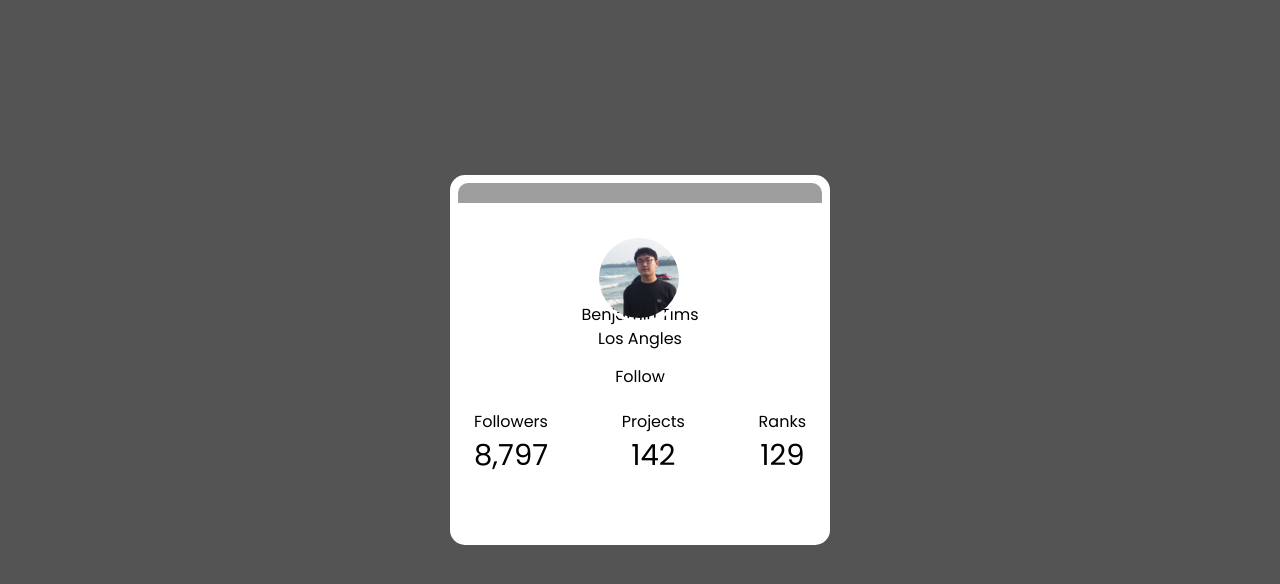
Repository: varotsk137/INT203_62130500080
Page: 62130500080_groupwork_2/myprofile.html
The author's editor kept a copy of each file at every save. The page is drawn from the files as they stood at one save, then again after the next save.
The browser window is 1280 px wide. The pictures show the whole page.
Pictures or frames that could not be fetched are drawn as grey boxes.

Above is the page before, as saved 2021-02-03 10:52:35.

### 62130500080_groupwork_2/myprofile.html
<!DOCTYPE html>
<html lang="en">

<head>
  <meta charset="UTF-8" />
  <meta name="viewport" content="width=device-width, initial-scale=1.0" />
  <title>Basic Vue Js - HelloWorld App</title>

  <!-- https://google.github.io/material-design-icons/#icon-font-for-the-web -->
  <!-- Using via Google Web Fonts -->
  <link href="https://fonts.googleapis.com/icon?family=Material+Icons" rel="stylesheet" />

  <!-- https://tailwindcss.com/docs/installation -->
  <!-- Using Tailwind via CDN -->
  <link href="https://unpkg.com/tailwindcss@^2/dist/tailwind.min.css" rel="stylesheet" />

  <!-- https://v3.vuejs.org/guide/installation.html#release-notes -->
  <!-- Vue CDN -->
  <script src="https://unpkg.com/vue@next"></script>

  <style>
    @import url("https://fonts.googleapis.com/css2?family=Poppins:weight@100;200;300;400;500;600;700;800&display=swap");

    body {
      background-color: #545454;
      font-family: "Poppins", sans-serif;
      font-weight: 300
    }

    .container {
      height: 100vh
    }

    .card {
      width: 380px;
      border: none;
      border-radius: 15px;
      padding: 8px;
      background-color: #fff;
      position: relative;
      height: 370px
    }

    .upper {
      height: 100px
    }

    .upper img {
      width: 100%;
      border-top-left-radius: 10px;
      border-top-right-radius: 10px
    }

    .user {
      position: relative
    }

    .profile img {
      height: 80px;
      width: 80px;
      margin-top: 2px
    }

    .profile {
      position: absolute;
      top: -50px;
      left: 38%;
      height: 90px;
      width: 90px;
      border: 3px solid #fff;
      border-radius: 50%
    }

    .follow {
      border-radius: 15px;
      padding-left: 20px;
      padding-right: 20px;
      height: 35px
    }

    .stats span {
      font-size: 29px
    }
  </style>
</head>

<body>
  <div id="app" class="container flex justify-center items-center">
    <div class="card">
      <div class="upper"> <img :src="bg" class="h-1/5"> </div>
      <div class="user text-center">
        <div class="profile"> <img :src="me" class="rounded-full" width="80"> </div>
      </div>
      <div class="mt-5 text-center">
        <h4 class="mb-0">Benjamin Tims</h4> <span class="text-muted block mb-2">Los Angles</span> <button
          class="btn btn-primary btn-sm follow">Follow</button>
        <div class="flex justify-between items-center mt-4 px-4">
          <div class="stats">
            <h6 class="mb-0">Followers</h6> <span>8,797</span>
          </div>
          <div class="stats">
            <h6 class="mb-0">Projects</h6> <span>142</span>
          </div>
          <div class="stats">
            <h6 class="mb-0">Ranks</h6> <span>129</span>
          </div>
        </div>
      </div>
    </div>
  </div>

  <!-- my main.js -->
  <script src="./profile.js"></script>
</body>

</html>

### 62130500080_groupwork_2/profile.js
const app = {
    data() {
        return {
                bg: "./images/bg.png"
            ,   me: "./images/me.jpg"

        }
    }
    ,created() {
        console.log("message is: "+this.msg)
    }
    , updated (){
        console.log("message change to: "+this.msg)
    }


}


var mountedApp = Vue.createApp(app).mount('#app');

After the next save:
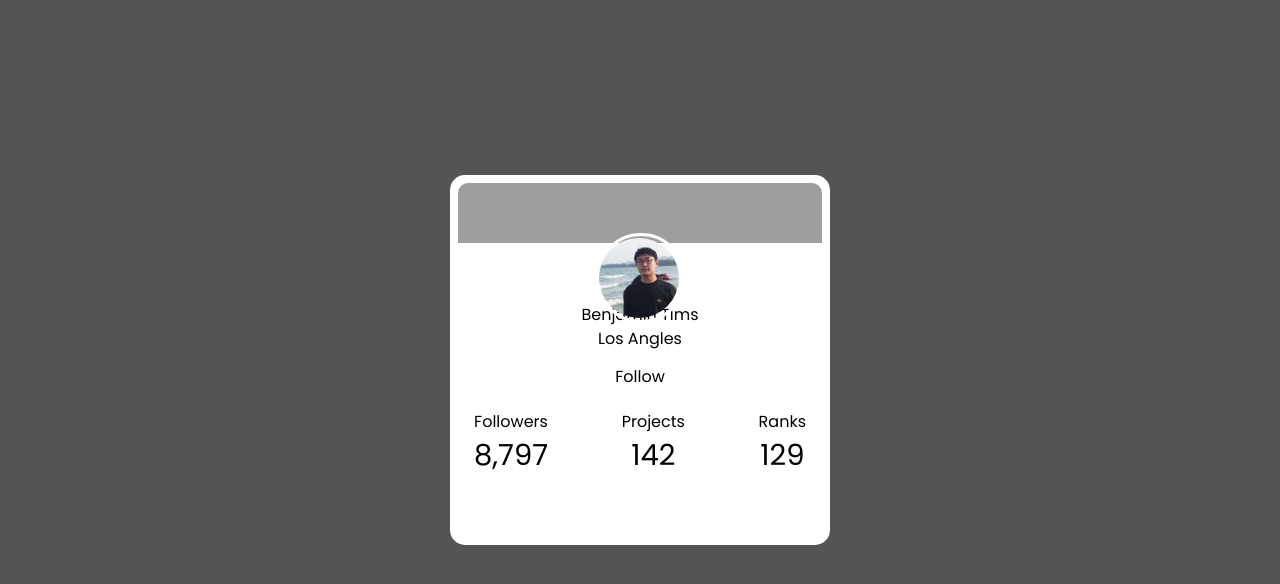
Saved 4 s later.
--- a/62130500080_groupwork_2/myprofile.html
+++ b/62130500080_groupwork_2/myprofile.html
@@ -87,7 +87,7 @@
 <body>
   <div id="app" class="container flex justify-center items-center">
     <div class="card">
-      <div class="upper"> <img :src="bg" class="h-1/5"> </div>
+      <div class="upper"> <img :src="bg" class="h-3/5"> </div>
       <div class="user text-center">
         <div class="profile"> <img :src="me" class="rounded-full" width="80"> </div>
       </div>
